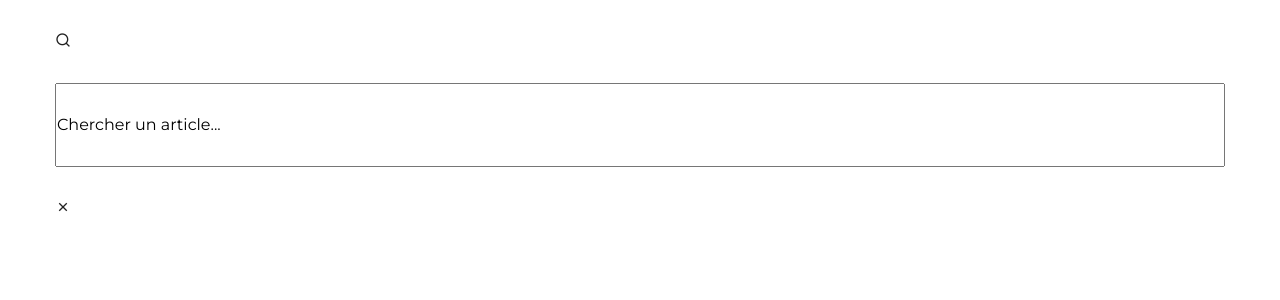
Repository: keita8/makeety-ecommerce
Page: index.html
These files come from the project's save history. The page is drawn as it stood at one moment and after the next save; the edit follows.
The browser window is 1280 px wide. The pictures show the whole page.
The first visible `.inner-header .search-float` has the focus.

Above is the page before, as saved 2023-01-26 18:47:30.

### index.html
<!DOCTYPE html>
<html lang="fr">

<head>
    <meta charset="UTF-8">
    <meta http-equiv="X-UA-Compatible" content="IE=edge">
    <meta name="viewport" content="width=device-width, initial-scale=1.0">
    <link rel="stylesheet" href="css/style.css">
    <link href="https://cdn.jsdelivr.net/npm/remixicon@2.5.0/fonts/remixicon.css" rel="stylesheet">
    <title>Shop</title>
</head>

<body>
    <div class="page-home" id="page">
        <header>
            <div class="inner-header">
                <div class="container wide">
                    <div class="wrap">
                        <div class="header-left">
                            <div class="menu-bar">
                                <a href="#0" class="menu-trigger"> <i class="ri-menu-3-line"></i> </a>
                            </div>

                            <div class="list-inline">
                                <ul>
                                    <li>
                                        <a href=""><i class="ri-user-line"></i></a>
                                    </li>
                                    <li>
                                        <a href=""><span class="item-floating">8</span> <i class="ri-star-line"></i></a>
                                    </li>
                                </ul>
                            </div>
                        </div>
                        <div class="header-center">
                            <nav class="menu">
                                <ul>
                                    <li><a href=""><span>Femmes</span></a></li>
                                    <li>
                                        <a href="">
                                            <span>Hommes</span>
                                        </a>
                                    </li>
                                    <li><a href=""><span>Enfants</span></a></li>
                                </ul>
                                <ul>
                                    <li><a href=""><span>Spécial</span></a></li>
                                    <li><a href=""><span>Best seller</span></a></li>
                                </ul>
                            </nav>

                            <div class="branding"><a href="">Makeety</a></div>
                        </div>
                        <div class="header-right">
                            <div class="list-inline">
                                <ul>
                                    <li><a href=""><i class="ri-search-line"></i></a></li>
                                    <li><a href=""><span class="item-floating">3</span><i class="ri-shopping-bag-line"></i></a></li>
                                </ul>
                            </div>
                        </div>
                    </div>
                </div>
                <div id="search-float" class="search-float">
                    <div class="container wide">
                        <form action="">
                            <i class="ri-search-line"></i>
                            <input class="input" type="search" name="q" placeholder="Chercher un article..." required>
                            <i class="ri-close-line"></i>
                        </form>
                    </div>
                </div>
            </div>
        </header>
    </div>


    <script src="js/script.js"></script>
</body>

</html>

### css/style.css
@import url('https://fonts.googleapis.com/css2?family=Montserrat&family=Prata:ital,wght@0,100;0,200;0,300;0,400;0,500;0,600;0,700;0,800;0,900;1,100;1,200;1,300;1,400;1,500;1,600;1,700;1,800;1,900&display=swap');
@import url('https://fonts.googleapis.com/css2?family=Montserrat:ital,wght@0,100;0,200;0,300;0,400;0,500;0,600;0,700;0,800;0,900;1,100;1,200;1,300;1,400;1,500;1,600;1,700;1,800;1,900&family=Prata&display=swap');
:root {
    --primary-font: 'Montserrat', sans-serif;
    --second-font: 'Prata', serif;
    --fs14: 14px;
    --fw600: 600;
    --transiton-color: color .3s;
    --transition-background: background-color .3s;
    --transition-border: border .3s;
    --transition-transform: transform .3s;
    --primary-color: #2bcbba;
    --powder: #F7F9F7;
    --rufous: #A40606;
    -xikeki: #0E0004;
    --light-color: #d1d8e0;
    --grey-color: #687080;
    --red-color: #ff4757;
    --white-color: #fff;
    --dark-color: #212121;
    --flashwhite-color: #f1f2f6;
    --fade: fade-bottom .3s cubic-bezier(0.39, 0.575, .0565, 1) both;
    --shadow: 0px 10px 20px 0px rgb(0 0 0 / 20%);
}

html {
    scroll-behavior: smooth;
    overflow: hidden;
}

* {
    margin: 0;
    padding: 0;
    box-sizing: border-box;
}

*,
::before,
 ::after {
    box-sizing: border-box;
}

body {
    font-family: var(--primary-font);
    font-size: 16px;
    font-weight: 400;
    line-height: 1.8;
    color: var(--dark-color);
    background-color: var(--white-color);
}

a {
    text-decoration: none;
    color: inherit;
    -webkit-tap-highlight-color: transparent;
}

img {
    max-width: 100%;
    vertical-align: middle;
}

ul {
    list-style: none;
}

p {
    margin: 0 0 15px;
}

input,
textarea,
select {
    font: inherit;
    width: 100%;
}

input[type=checkbox],
input[type=radio] {
    width: auto;
}

input::placeholder,
textarea::placeholder {
    color: inherit;
}

button {
    font: inherit;
}

strong {
    font-weight: var(--fw600);
}

h1,
h2,
h3,
h4 {
    font-family: var(--second-font);
    font-weight: 400;
    line-height: normal;
}

h1 {
    font-size: 2.75em;
}

h2 {
    font-size: 2.5em;
}

h3 {
    font-size: 2em;
}

h4 {
    font-size: 1em;
}

.container {
    max-width: var(--max-width, 1200px);
    padding: 0 var(--gutter, 15px);
    margin: 0 auto;
}

.item-floating {
    position: absolute;
    font-size: 15px;
    font-weight: var(--fw400);
    top: -8;
    right: 0;
    width: 20px;
    height: 20px;
    background-color: var(--rufous);
    color: var(--powder);
    display: flex;
    align-items: center;
    justify-content: center;
    border-radius: 100%;
}


/*-------------*
SELECTEUR GROUPÉS
*--------------*/

.item-floating .header-center .branding {
    display: flex;
    align-items: center;
    justify-content: center;
}

.inner-header {
    line-height: 80px;
}

.inner-header :where(.wrap,
.menu>ul),
.list-inline>ul {
    display: flex;
    align-items: center;
}

.header-left,
.header-right {
    flex-grow: 1;
}

.header-center nav {
    display: none;
    grid-template-columns: repeat(2, 1fr);
    gap: 180px;
    max-width: 720px;
}

.header-center .branding {
    position: absolute;
    left: 0;
    right: 0;
    top: 0;
    display: flex;
    align-items: center;
    justify-content: center;
    pointer-events: none;
}

.header-center .branding a {
    font-family: var(--second-font);
    font-size: 30px;
    line-height: inherit;
    pointer-events: auto;
}

.header-center .menu>ul>li>a {
    font-size: var(--fs14);
    font-weight: var(--fw600);
    text-transform: uppercase;
    padding: 0 15px;
    display: flex;
    gap: 5px;
}

.header-right ul {
    justify-content: flex-end;
}

.list-inline a,
.menu-trigger {
    position: relative;
    font-size: 24px;
    padding: 0 10px;
    line-height: 1;
    display: flex;
}

.header-left .list-inline {
    display: none;
}

.list-inline a:hover {
    color: var(--dark-color);
}

:where(.header-left,
.header-right) li {
    display: flex;
    align-items: center;
    height: 80px;
}


/* HEADER*/

.inner-header .search-float {
    position: fixed;
    top: 0;
    left: 0;
    right: 0;
    bottom: auto;
    height: 80px;
    background-color: var(--white-color);
    z-index: 1000;
    border: none;
    outline: none;
}

.inner-header .search-float:focus {
    background-color: #fff;
}

@media (min-width:992px) {
    .menu-trigger {
        display: none;
    }
    .header-center nav {
        display: grid;
    }
    .header-left .list-inline {
        display: block;
    }
}

@media (min-width:1200px) {
    .container .wide {
        --mx-width: 1720px;
        --gutter: 40px;
    }
}

@media (min-width:1400px) {
    .mega-content {
        grid-template-columns: repeat(2, 1fr);
    }
}

Loaded but not shown: js/script.js (no copy from this time; the picture is the same without it)

After the next save:
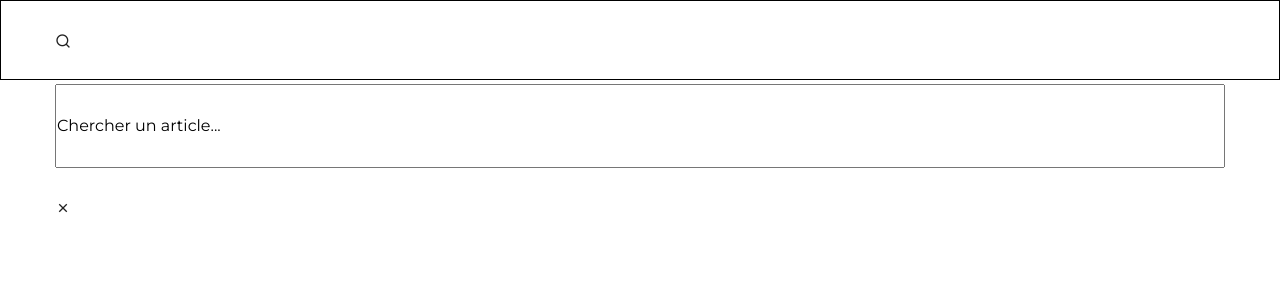
Saved 6 s later.
--- a/css/style.css
+++ b/css/style.css
@@ -246,7 +246,7 @@
 }
 
 .inner-header .search-float:focus {
-    background-color: #fff;
+    border: 1px solid #000;
 }
 
 @media (min-width:992px) {

After the save that followed:
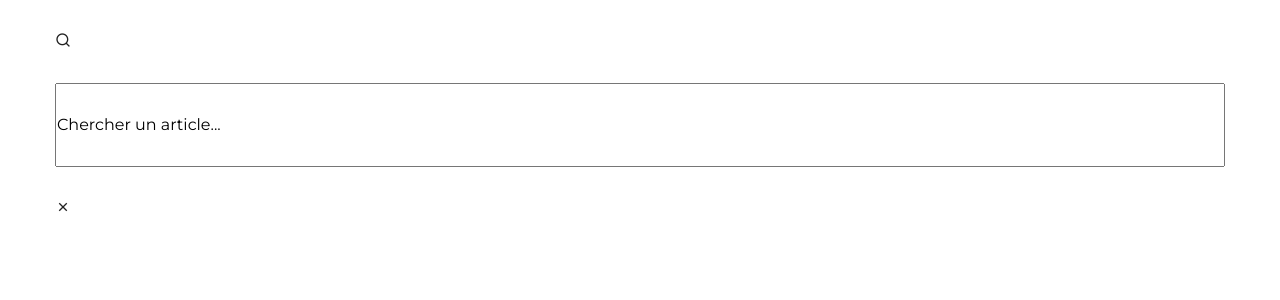
Saved 9 s later.
--- a/css/style.css
+++ b/css/style.css
@@ -246,7 +246,8 @@
 }
 
 .inner-header .search-float:focus {
-    border: 1px solid #000;
+    border: none;
+    outline: none;
 }
 
 @media (min-width:992px) {
